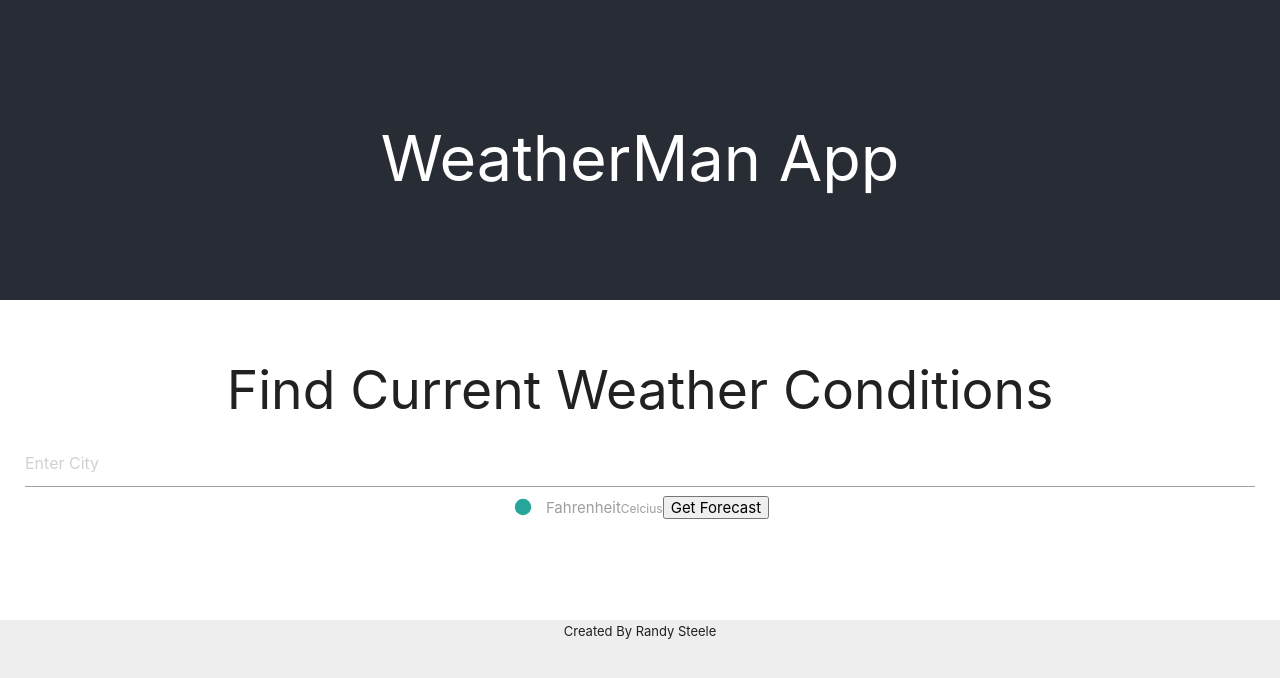
Repository: randysteele/weatherman
Page: /
These files come from the project's save history. The page is drawn as it stood at one moment and after the next save; the edit follows.
The browser window is 1280 px wide. The pictures show the whole page.
The project was rebuilt for these pictures with package versions that can differ from the ones it lists, and the page was loaded fresh each time.

Above is the page before, as saved 2021-02-01 17:01:05.

After the next save:
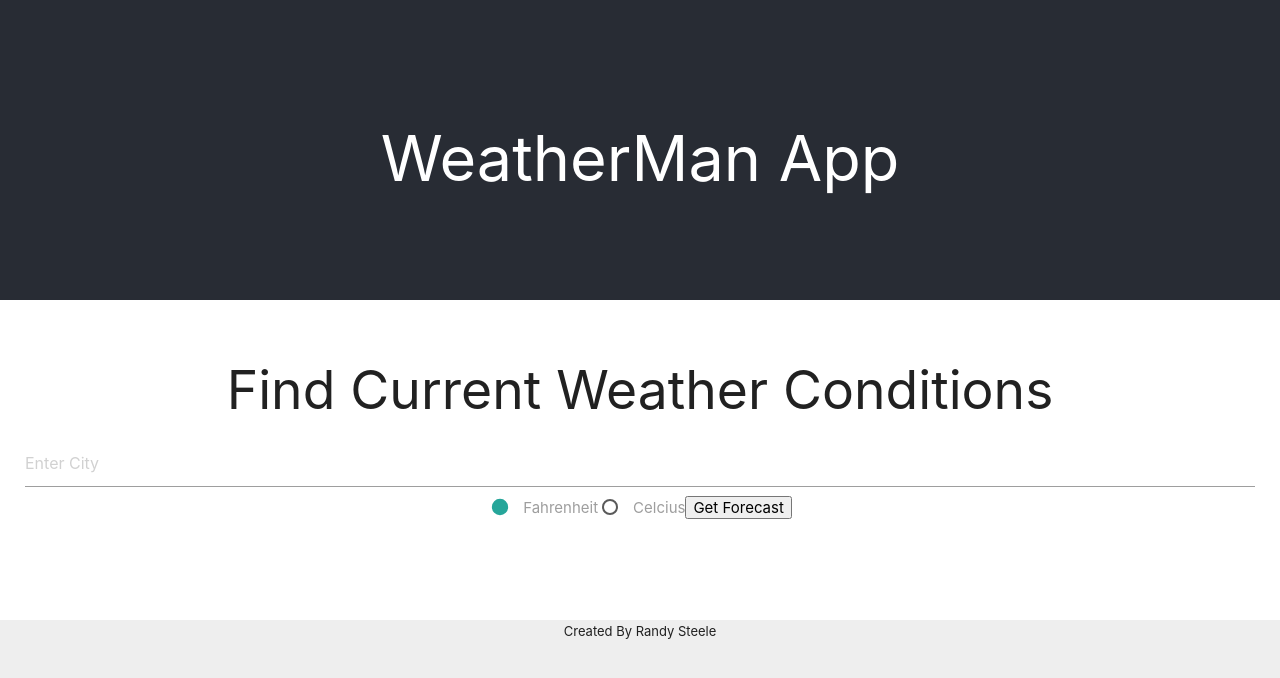
Saved 29 s later.
--- a/src/components/Forecast.js
+++ b/src/components/Forecast.js
@@ -56,7 +56,7 @@
                         value="metric"
                         onChange={(e) => setUnit(e.target.value)}
                         />
-                    Celcius
+                    <span>Celcius</span>
                 </label>
                 <button type="submit">Get Forecast</button>
             </form>
